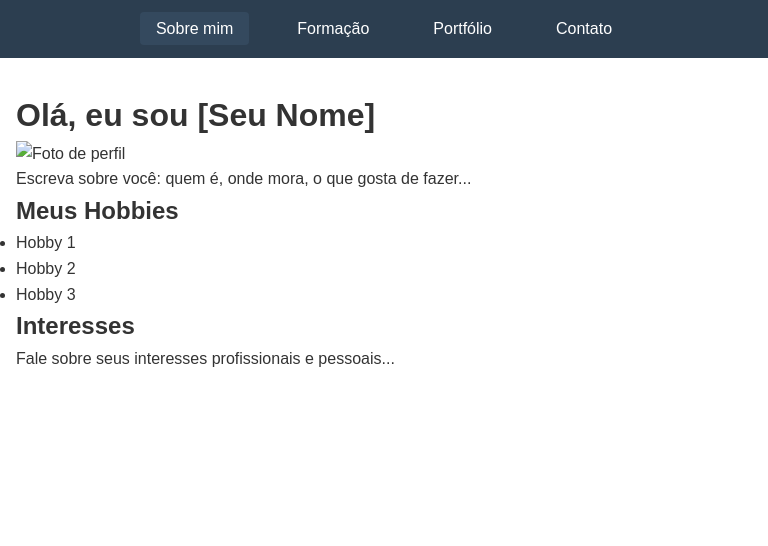
Repository: AnderHonorato/meu-portfolio
Page: index.html
The author's editor kept a copy of each file at every save. The page is drawn from the files as they stood at one save, then again after the next save.
The browser window is 768 px wide. The pictures show the whole page.

Above is the page before, as saved 2025-08-26 19:36:14.
Not found: img/perfil.jpg

### index.html
<!DOCTYPE html>
<html lang="pt-br">
<head>
    <meta charset="UTF-8">
    <meta name="viewport" content="width=device-width, initial-scale=1.0">
    <title>Seu Nome - Portfólio</title>
    <link rel="stylesheet" href="css/style.css">
</head>
<body>
    <!-- Menu de navegação -->
    <nav class="menu">
        <ul>
            <li><a href="index.html" class="ativo">Sobre mim</a></li>
            <li><a href="formacao.html">Formação</a></li>
            <li><a href="portfolio.html">Portfólio</a></li>
            <li><a href="contato.html">Contato</a></li>
        </ul>
    </nav>

<!-- Conteúdo principal -->
<main class="conteudo">
    <h1>Olá, eu sou [Seu Nome]</h1>
    <div class="sobre-container">
        <div class="foto-perfil">
            <!-- Adicione sua foto se tiver -->
            <img src="img/perfil.jpg" alt="Foto de perfil">
        </div>
        <div class="texto-sobre">
            <p>Escreva sobre você: quem é, onde mora, o que gosta de fazer...</p>

            <h2>Meus Hobbies</h2>
            <ul>
                <li>Hobby 1</li>
                <li>Hobby 2</li>
                <li>Hobby 3</li>
            </ul>

            <h2>Interesses</h2>
            <p>Fale sobre seus interesses profissionais e pessoais...</p>
        </div>
    </div>
</main>
</body>
</html>

### css/style.css
/* Reset básico */
* {
    margin: 0;
    padding: 0;
    box-sizing: border-box;
}

/* Estilo do corpo */
body {
    font-family: Arial, sans-serif;
    line-height: 1.6;
    color: #333;
}

/* Menu de navegação */
.menu {
    background-color: #2c3e50;
    padding: 1rem 0;
    position: sticky;
    top: 0;
}

.menu ul {
    list-style: none;
    display: flex;
    justify-content: center;
    gap: 2rem;
}

.menu a {
    color: white;
    text-decoration: none;
    padding: 0.5rem 1rem;
    border-radius: 4px;
    transition: background-color 0.3s;
}

.menu a:hover,
.menu a.ativo {
    background-color: #34495e;
}

/* Conteúdo principal */
.conteudo {
    max-width: 800px;
    margin: 2rem auto;
    padding: 0 1rem;
}

After the next save:
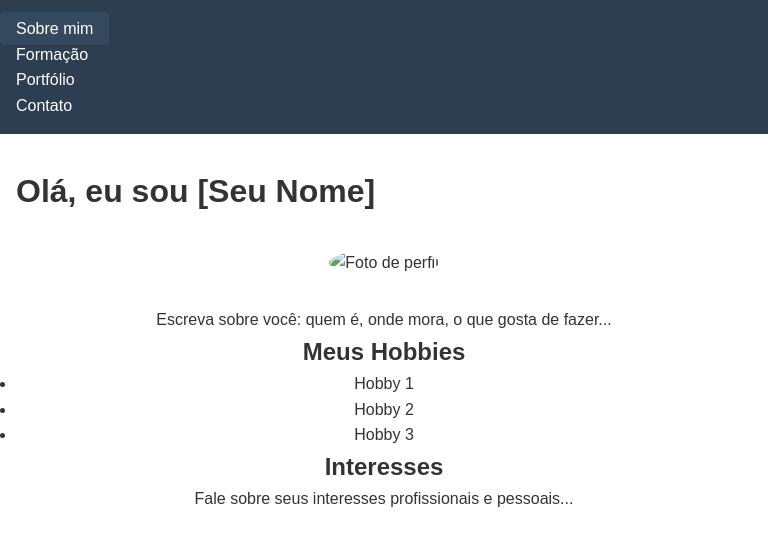
Saved 10 s later.
--- a/css/style.css
+++ b/css/style.css
@@ -46,3 +46,128 @@ body {
     margin: 2rem auto;
     padding: 0 1rem;
 }
+
+/* Estilos para página Sobre */
+.sobre-container {
+    display: flex;
+    gap: 2rem;
+    margin-top: 2rem;
+    flex-wrap: wrap;
+}
+
+.foto-perfil img {
+    width: 200px;
+    height: 200px;
+    border-radius: 50%;
+    object-fit: cover;
+}
+
+.texto-sobre {
+    flex: 1;
+    min-width: 300px;
+}
+
+/* Estilos para Formação */
+.formacao-secao {
+    margin-bottom: 3rem;
+}
+
+.item-formacao {
+    background-color: #f4f4f4;
+    padding: 1.5rem;
+    border-radius: 8px;
+    margin-bottom: 1rem;
+}
+
+.lista-idiomas {
+    list-style: none;
+}
+
+.lista-idiomas li {
+    padding: 0.5rem 0;
+    border-bottom: 1px solid #eee;
+}
+
+/* Estilos para Portfólio */
+.projetos-grid {
+    display: grid;
+    grid-template-columns: repeat(auto-fit, minmax(300px, 1fr));
+    gap: 2rem;
+    margin-bottom: 3rem;
+}
+
+.projeto-item {
+    background-color: #f9f9f9;
+    padding: 1.5rem;
+    border-radius: 8px;
+    box-shadow: 0 2px 4px rgba(0,0,0,0.1);
+}
+
+.projeto-item a {
+    color: #2c3e50;
+    text-decoration: none;
+    font-weight: bold;
+}
+
+/* Estilos para Contato */
+.contato-container {
+    display: grid;
+    grid-template-columns: 2fr 1fr;
+    gap: 3rem;
+    margin-top: 2rem;
+}
+
+.form-contato {
+    display: flex;
+    flex-direction: column;
+    gap: 1rem;
+}
+
+.campo {
+    display: flex;
+    flex-direction: column;
+}
+
+.campo label {
+    margin-bottom: 0.5rem;
+    font-weight: bold;
+}
+
+.campo input,
+.campo textarea {
+    padding: 0.8rem;
+    border: 1px solid #ddd;
+    border-radius: 4px;
+    font-size: 1rem;
+}
+
+.form-contato button {
+    background-color: #2c3e50;
+    color: white;
+    padding: 1rem;
+    border: none;
+    border-radius: 4px;
+    cursor: pointer;
+    font-size: 1rem;
+}
+
+.form-contato button:hover {
+    background-color: #34495e;
+}
+
+/* Responsividade */
+@media (max-width: 768px) {
+    .menu ul {
+        flex-direction: column;
+        gap: 0;
+    }
+
+    .sobre-container {
+        flex-direction: column;
+        text-align: center;
+    }
+
+    .contato-container {
+        grid-template-columns: 1fr;
+    }
+}
